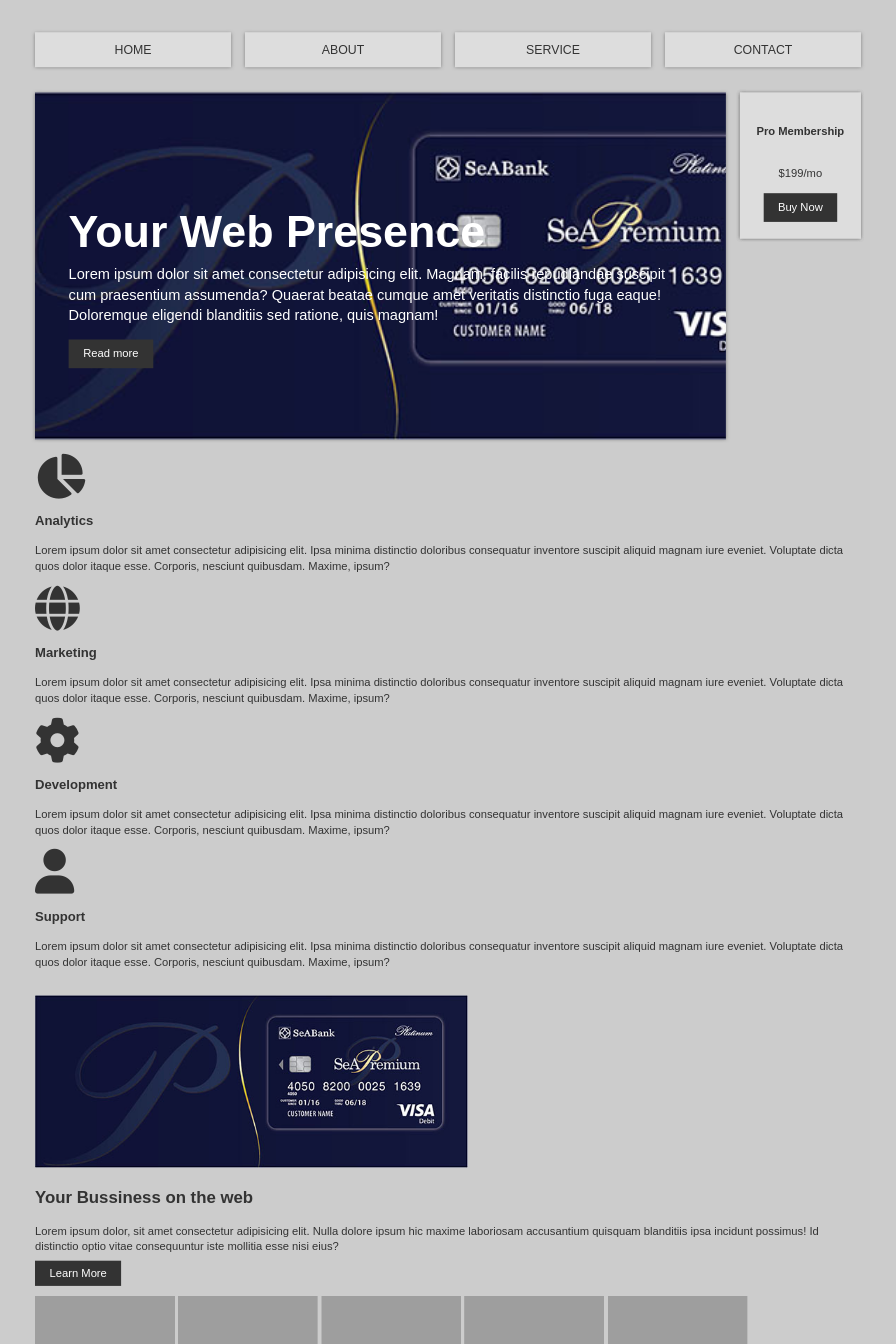
Repository: 1813404040072/grid-demo
Page: index.html
An editor plug-in stored every save of this project. The page is shown before and after a run of saves, followed by the edit.
The browser window is 1280 px wide. The pictures show the part of the page from y = 0 to 1920 px (the page is 2368 px tall), at 70% of full size.
Pictures or frames that could not be fetched are drawn as grey boxes. Some web libraries are served in a nearby version.

Above is the page before, as saved 2019-12-25 01:01:08.

After the next 2 saves:
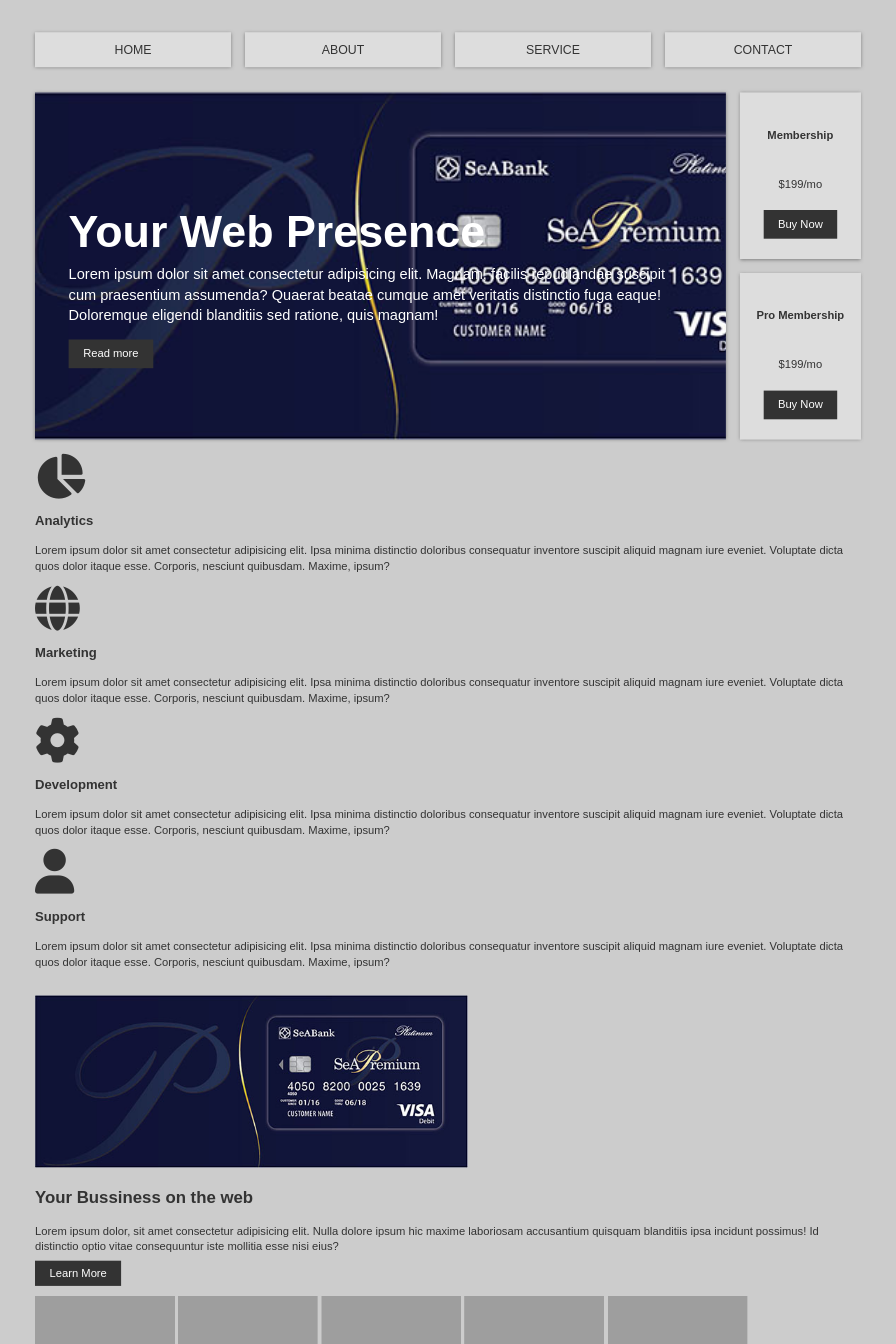
The 2 saves are shown as one change because they came seconds apart.
The last was saved 55 s later.
--- a/index.html
+++ b/index.html
@@ -31,7 +31,7 @@
                 <p class="price">$199/mo</p>
                 <a href="#"class="btn">Buy Now</a>
             </div>
-            <div class="top-box top-box-a">
+            <div class="top-box top-box-b">
                 <h4>Pro Membership</h4>
                 <p class="price">$199/mo</p>
                 <a href="#"class="btn">Buy Now</a>
